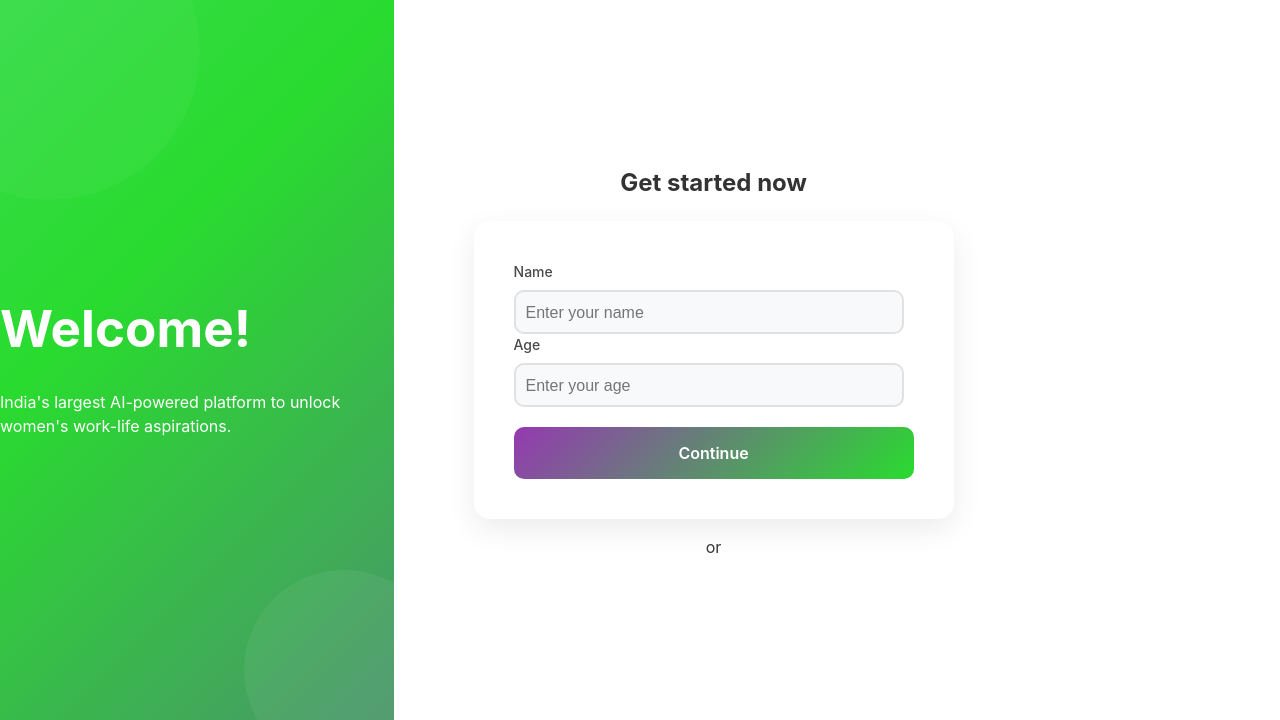
Repository: shriyanyk/Asha-AI
Page: /
The author's editor kept a copy of each file at every save. The page is drawn from the files as they stood at one save, then again after the next save.
The browser window is 1280 px wide. The pictures show the whole page.
The project was rebuilt for these pictures with package versions that can differ from the ones it lists, and the page was loaded fresh each time. Also part of the build but not shown: vite.config.ts, src/styles/Chatpage.css, src/services/BiasDetectionService.ts, src/services/GuardrailsService.ts, src/services/BiasMitigationService.ts, src/services/InputValidationService.ts, src/pages/ChatPage.tsx, src/components/ProtectedRoute.tsx.

Above is the page before, as saved 2025-04-27 22:19:53.

After the next save:
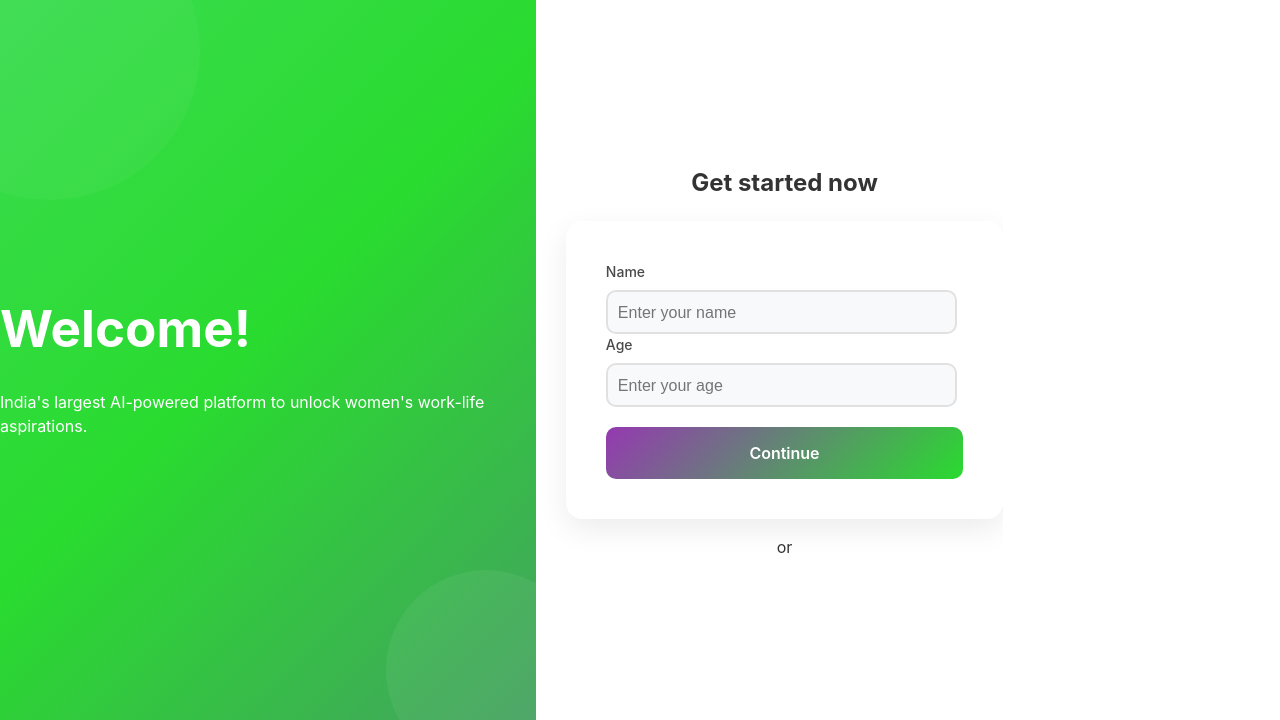
Saved 4 min 39 s later.
--- a/src/styles/LoginPage.css
+++ b/src/styles/LoginPage.css
@@ -60,7 +60,7 @@
 
 /* Right side styling */
 .login-right {
-  flex: 1.9;
+  flex: 1;
   display: flex;
   flex-direction: column;
   align-items: center;
